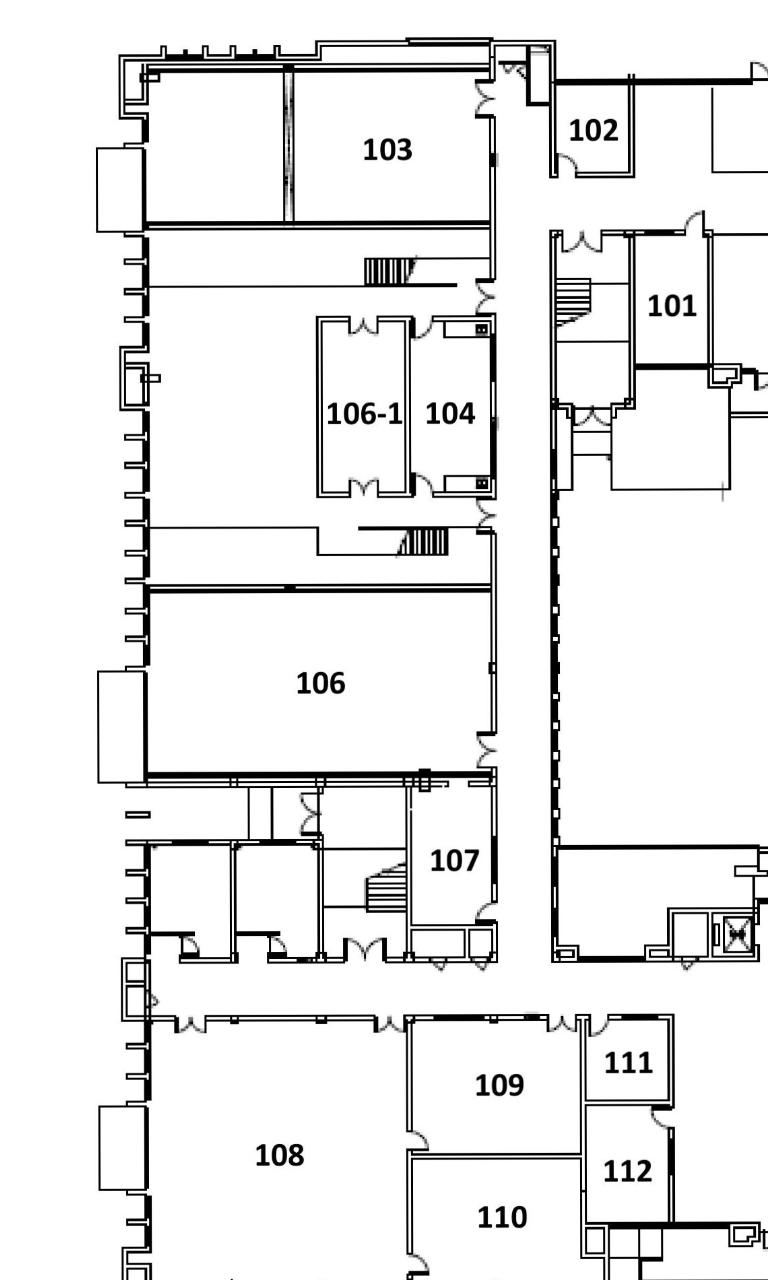
Repository: Bowding/SEB-Renovation
Layout: HelloAndroid/res/layout/activity_path_viewer.xml
An editor plug-in stored every save of this project. The layout is shown before and after the next save, followed by the edit.
It is drawn on a 768 x 1280 px phone screen (xhdpi) without system bars, with theme AppTheme; the app's code is not run.

Above is the layout before, as saved 2017-07-15 01:41:58.

After the next save:
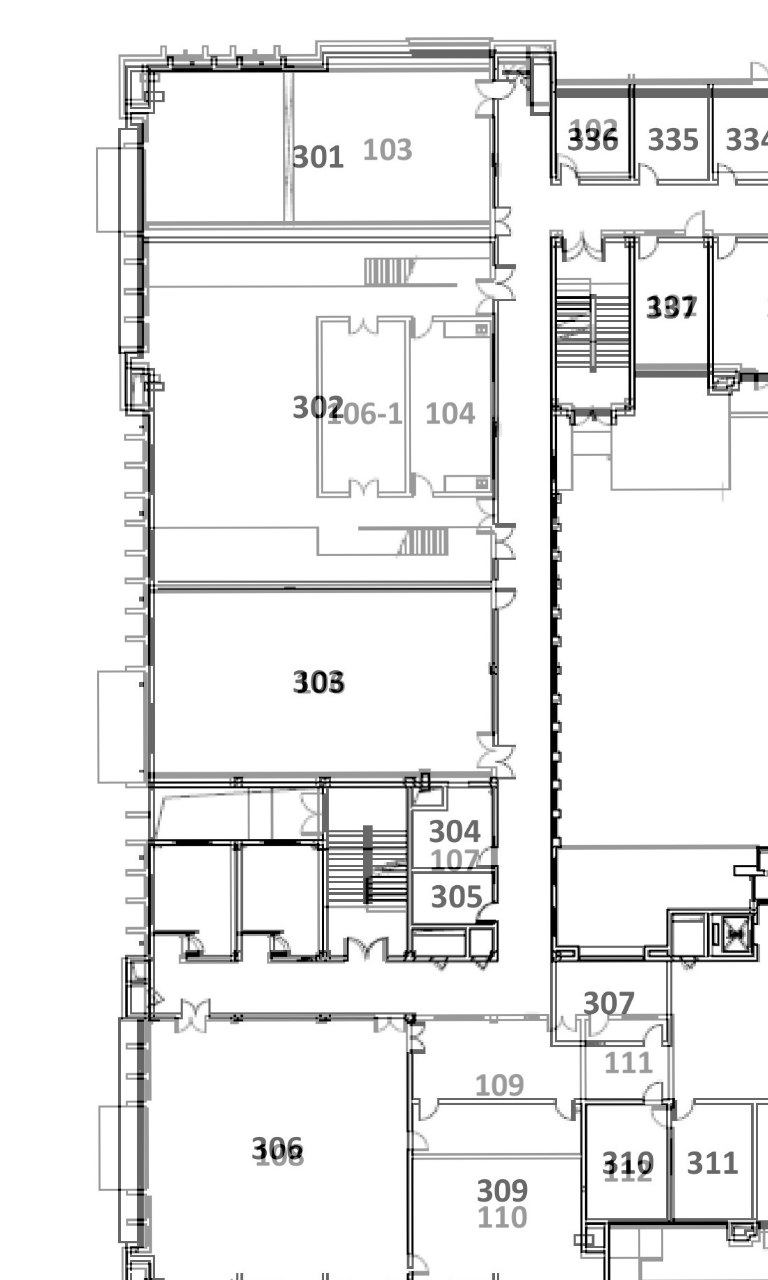
Saved 119 min 39 s later.
--- a/HelloAndroid/res/layout/activity_path_viewer.xml
+++ b/HelloAndroid/res/layout/activity_path_viewer.xml
@@ -19,6 +19,13 @@
                 android:layout_width="800dp"
                 android:layout_height="671dp"
                 android:src="@drawable/level1" />
+
+            <ImageView
+                android:id="@+id/imageView1"
+                android:layout_width="800dp"
+                android:layout_height="671dp"
+                android:alpha="0.6"
+                android:src="@drawable/level3" />
 
         </FrameLayout>
 

After the save that followed:
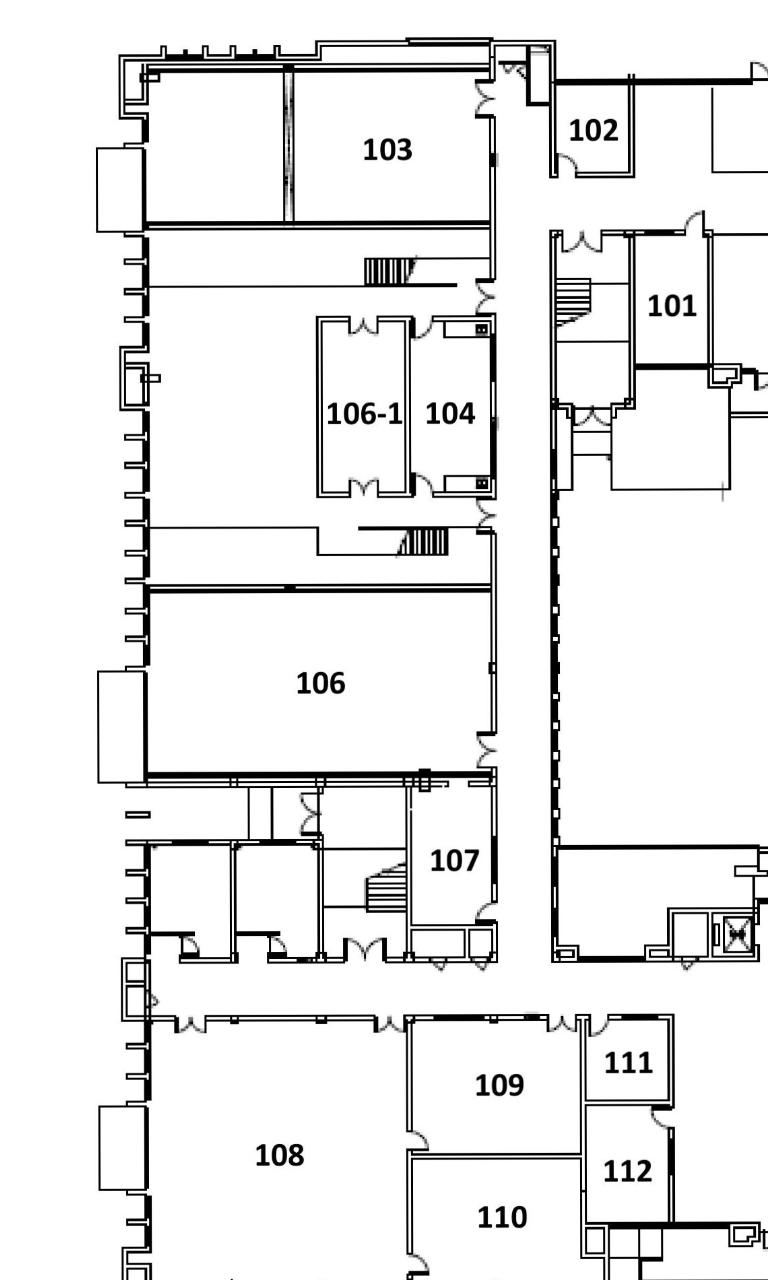
Saved 6 min 18 s later.
--- a/HelloAndroid/res/layout/activity_path_viewer.xml
+++ b/HelloAndroid/res/layout/activity_path_viewer.xml
@@ -19,13 +19,6 @@
                 android:layout_width="800dp"
                 android:layout_height="671dp"
                 android:src="@drawable/level1" />
-
-            <ImageView
-                android:id="@+id/imageView1"
-                android:layout_width="800dp"
-                android:layout_height="671dp"
-                android:alpha="0.6"
-                android:src="@drawable/level3" />
 
         </FrameLayout>
 
